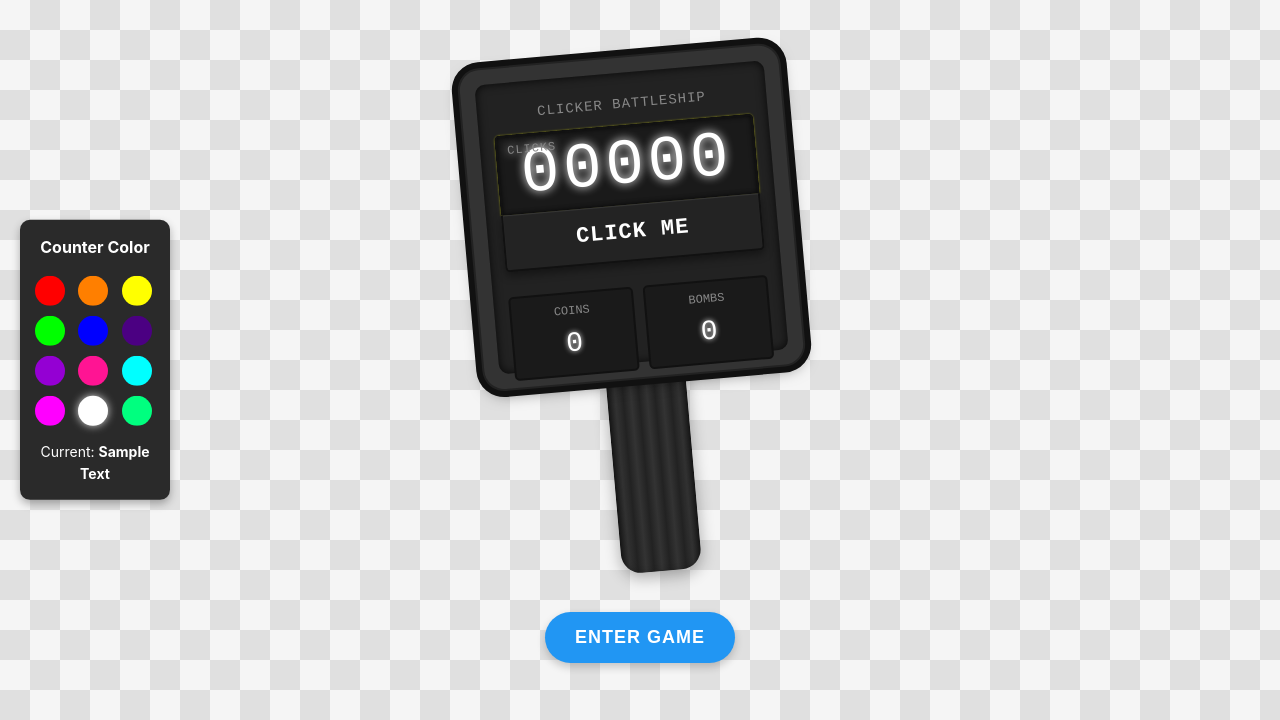
Repository: Moshikol/clicker-battleship
Page: /
An editor plug-in stored every save of this project. The page is shown before and after the next save, followed by the edit.
The browser window is 1280 px wide. The pictures show the whole page.
Some web fonts or font styles are not loaded; a fallback is used. The project was rebuilt for these pictures with package versions that can differ from the ones it lists, and the page was loaded fresh each time. Also part of the build but not shown: webpack.config.js, src/components/clicker/Clicker.module.css, src/components/clicker/Clicker.tsx, src/components/grid/ShipPlacement.module.css, src/components/grid/ShipPlacement.tsx, src/components/grid/Grid.module.css, src/components/grid/Grid.tsx, src/components/game/GameBoard.module.css and 5 more.

Above is the page before, as saved 2025-03-12 01:04:56.

After the next save:
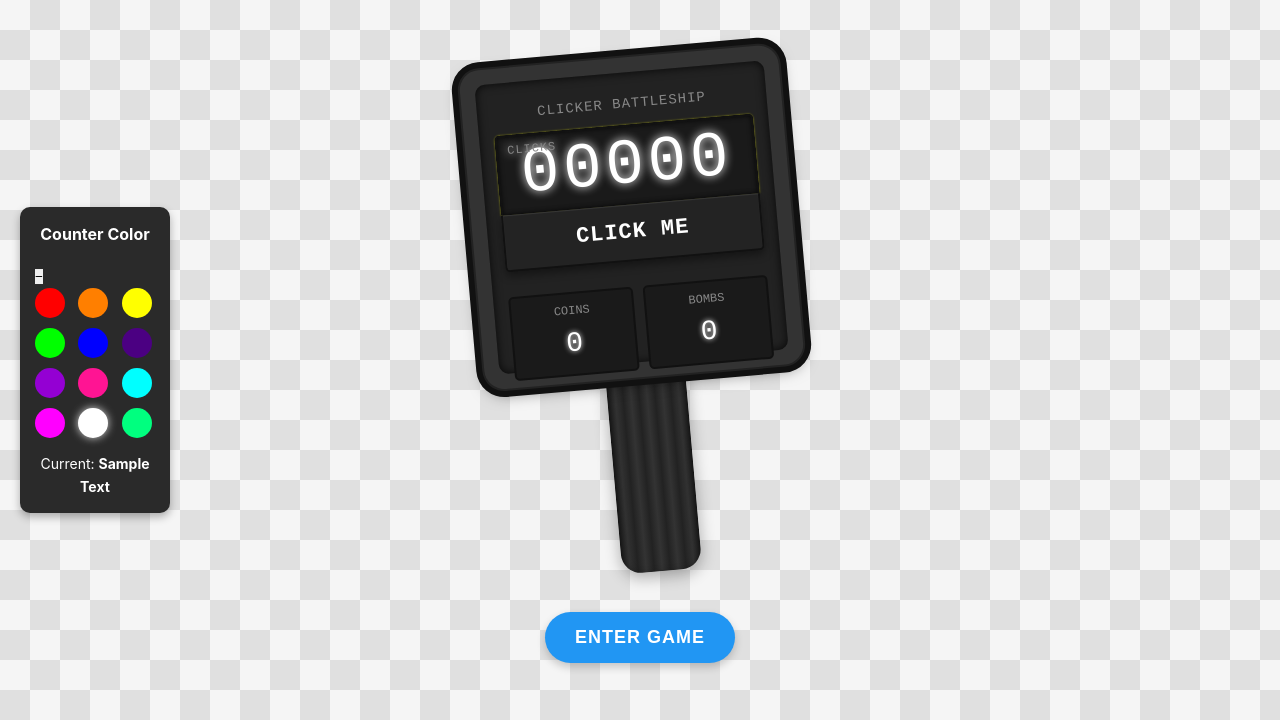
Saved 6 days later.
--- a/src/components/ui/ColorPicker.tsx
+++ b/src/components/ui/ColorPicker.tsx
@@ -1,4 +1,4 @@
-import React, { useEffect } from 'react';
+import React, { useEffect, useState } from 'react';
 import { useDispatch, useSelector } from 'react-redux';
 import { RootState } from '../../store/store';
 import { setCounterColor } from '../../store/gameSlice';
@@ -23,6 +23,7 @@ const COLORS = [
 const ColorPicker: React.FC = () => {
   const dispatch = useDispatch();
   const currentColor = useSelector((state: RootState) => state.game.counterColor);
+  const [isExpanded, setIsExpanded] = useState(true);
 
   // Log the current color for debugging
   useEffect(() => {
@@ -34,24 +35,42 @@ const ColorPicker: React.FC = () => {
     dispatch(setCounterColor(color));
   };
 
+  const toggleExpanded = () => {
+    setIsExpanded(!isExpanded);
+  };
+
   return (
-    <div className={styles.colorPicker}>
-      <h3 className={styles.title}>Counter Color</h3>
-      <div className={styles.colorGrid}>
-        {COLORS.map((color, index) => (
-          <div
-            key={index}
-            className={`${styles.colorOption} ${color === currentColor ? styles.selected : ''}`}
-            style={{ backgroundColor: color }}
-            onClick={() => handleColorSelect(color)}
-            title={color}
-          />
-        ))}
+    <div className={`${styles.colorPicker} ${!isExpanded ? styles.collapsed : ''}`}>
+      <div className={styles.header}>
+        <h3 className={styles.title}>Counter Color</h3>
+        <button
+          className={styles.toggleButton}
+          onClick={toggleExpanded}
+          aria-label={isExpanded ? "Collapse color picker" : "Expand color picker"}
+        >
+          {isExpanded ? '−' : '+'}
+        </button>
       </div>
-      <div className={styles.currentColor}>
-        <span>Current: </span>
-        <span style={{ color: currentColor, fontWeight: 'bold' }}>Sample Text</span>
-      </div>
+
+      {isExpanded && (
+        <>
+          <div className={styles.colorGrid}>
+            {COLORS.map((color, index) => (
+              <div
+                key={index}
+                className={`${styles.colorOption} ${color === currentColor ? styles.selected : ''}`}
+                style={{ backgroundColor: color }}
+                onClick={() => handleColorSelect(color)}
+                title={color}
+              />
+            ))}
+          </div>
+          <div className={styles.currentColor}>
+            <span>Current: </span>
+            <span style={{ color: currentColor, fontWeight: 'bold' }}>Sample Text</span>
+          </div>
+        </>
+      )}
     </div>
   );
 };
